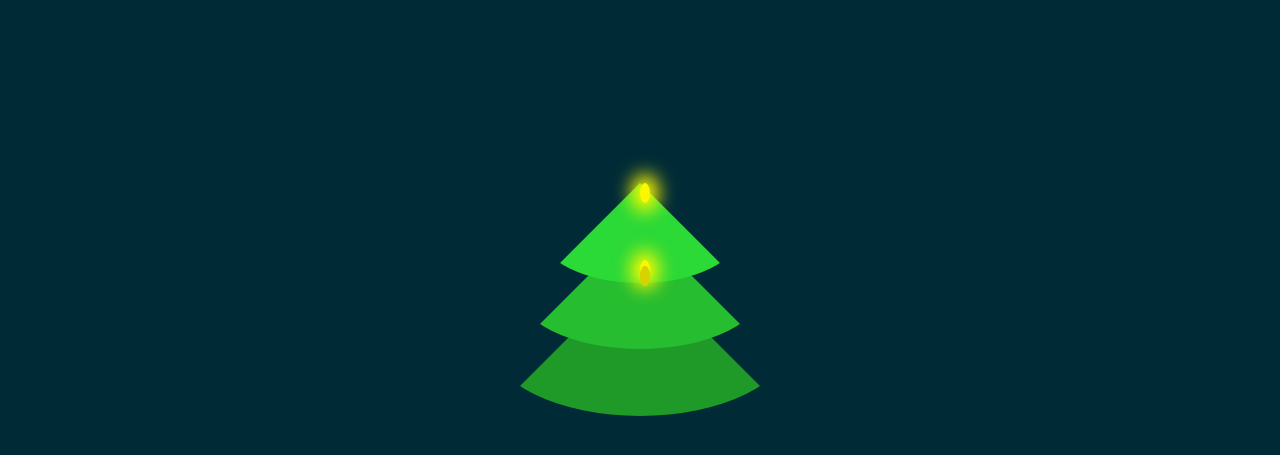
Repository: supakorn5039-boon/Christmas
Page: index.html
These files come from the project's save history. The page is drawn as it stood at one moment and after the next save; the edit follows.
The browser window is 1280 px wide. The pictures show the whole page.

Above is the page before, as saved 2023-12-25 08:47:34.

After the next save:
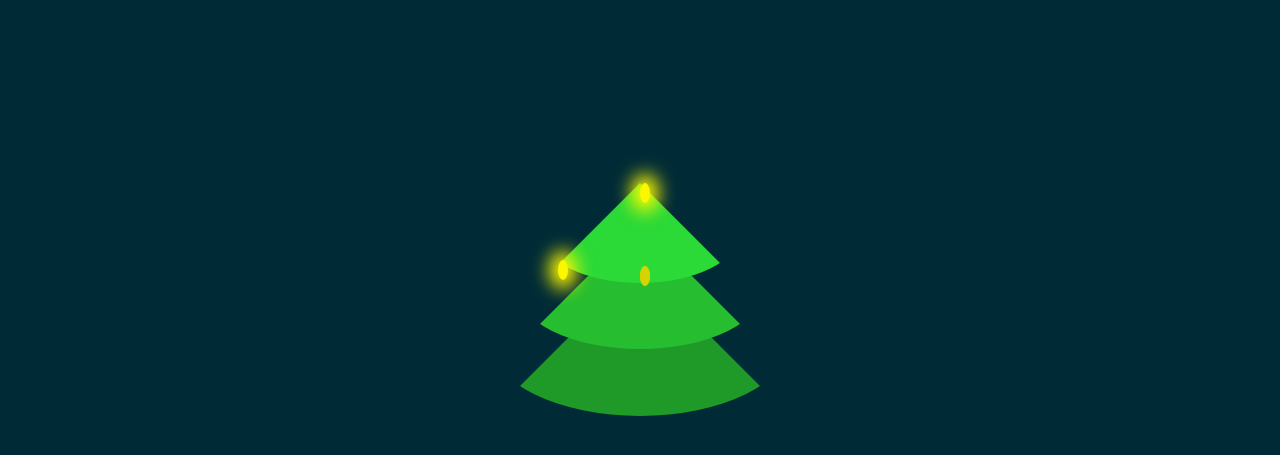
Saved 10 s later.
--- a/styles.css
+++ b/styles.css
@@ -112,5 +112,8 @@ body {
 
 .t1::before{
     top: 77px;
+     left: -82px;
+}
+.t1::after{
 
 }
